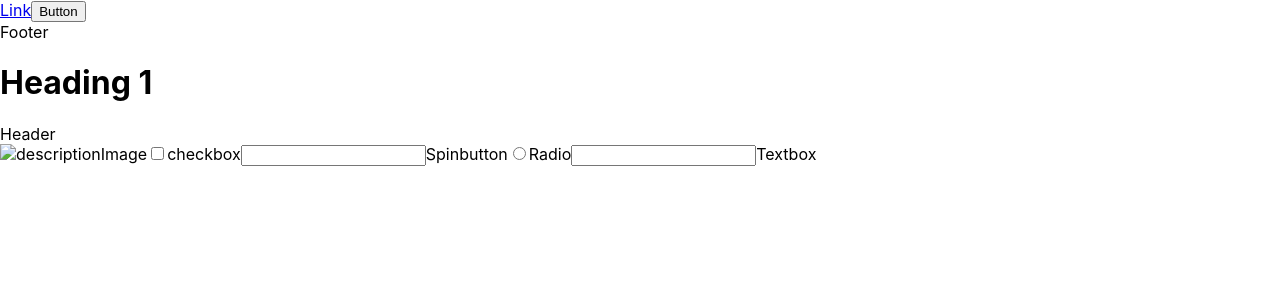
Repository: AiTrinh303/Jest_Sample
Page: / (app in small-test/)
These files come from the project's save history. The page is drawn as it stood at one moment and after a run of saves; the edit follows.
The browser window is 1280 px wide. The pictures show the whole page.
The project was rebuilt for these pictures with package versions that can differ from the ones it lists, and the page was loaded fresh each time.

Above is the page before, as saved 2024-11-25 20:46:51.

After the next 2 saves:
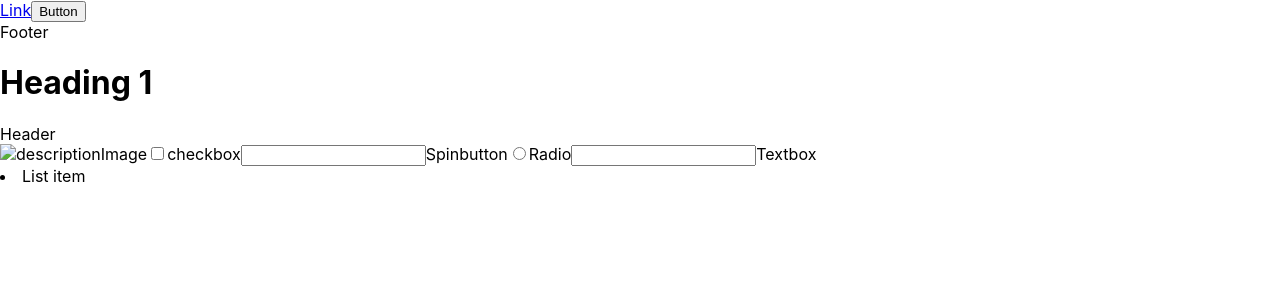
The 2 saves are shown as one change because they came seconds apart.
The last was saved 7 s later.
--- a/small-test/src/App.js
+++ b/small-test/src/App.js
@@ -12,6 +12,7 @@ function App() {
       <input type="number"/>Spinbutton
       <input type="radio"/>Radio
       <input type="text"/>Textbox
+      <li>List item</li>
 
     </div>
   );
